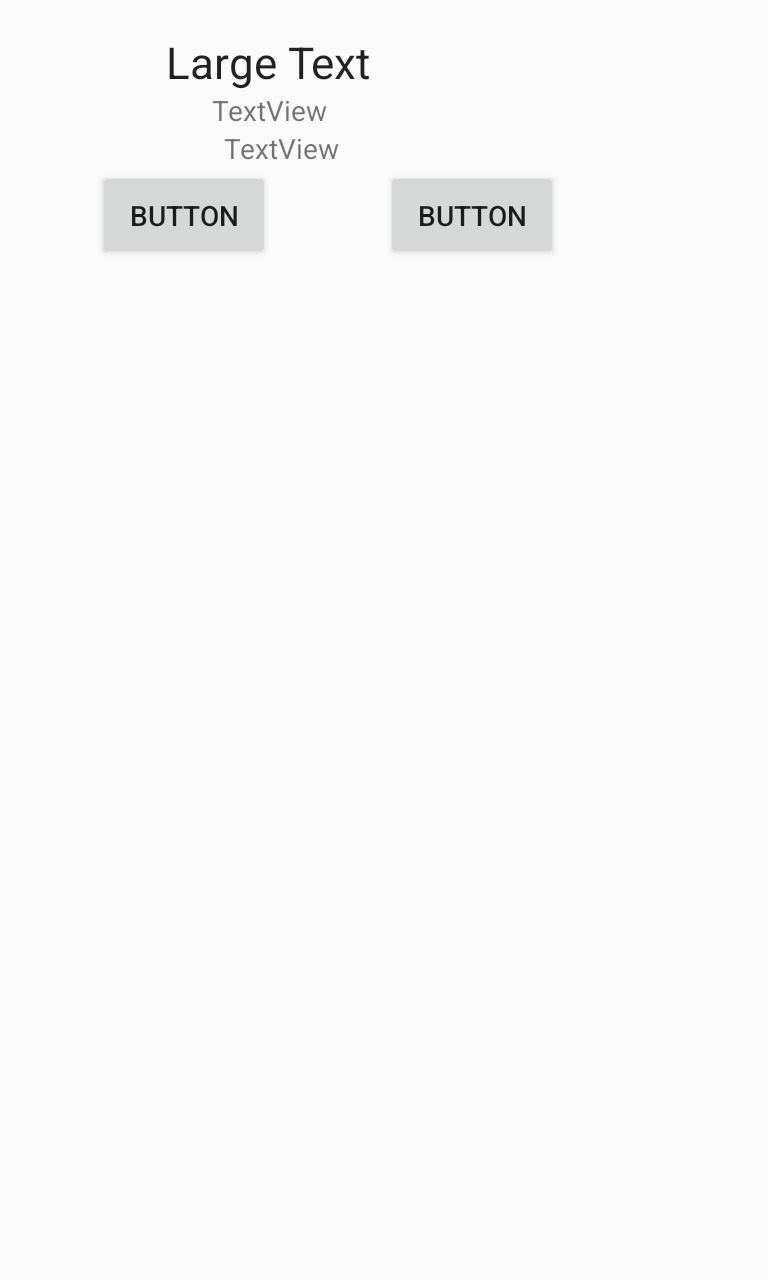
Repository: shivamgeek/Android-Code-Examples
Layout: Register/res/layout/activity_log.xml
An editor plug-in stored every save of this project. The layout is shown before and after the next save, followed by the edit.
It is drawn on a 768 x 1280 px phone screen (xhdpi) without system bars, with theme AppTheme; the app's code is not run.

Above is the layout before, as saved 2015-07-30 14:53:54.

### Register/res/layout/activity_log.xml
<LinearLayout xmlns:android="http://schemas.android.com/apk/res/android"
    xmlns:tools="http://schemas.android.com/tools"
    android:layout_width="match_parent"
    android:layout_height="match_parent"
    android:paddingBottom="@dimen/activity_vertical_margin"
    android:paddingLeft="@dimen/activity_horizontal_margin"
    android:paddingRight="@dimen/activity_horizontal_margin"
    android:paddingTop="@dimen/activity_vertical_margin"
    tools:context="com.example.register.Log"
    android:orientation="vertical">

    <RelativeLayout
        android:layout_width="match_parent"
        android:layout_height="wrap_content" >

        <TextView
            android:id="@+id/textView1"
            android:layout_width="wrap_content"
            android:layout_height="wrap_content"
            android:layout_alignParentLeft="true"
            android:layout_alignParentTop="true"
            android:layout_marginLeft="67dp"
            android:text="Large Text"
            android:textAppearance="?android:attr/textAppearanceLarge" />

    </RelativeLayout>

    <RelativeLayout
        android:layout_width="match_parent"
        android:layout_height="wrap_content" >

        <TextView
            android:id="@+id/textView2"
            android:layout_width="wrap_content"
            android:layout_height="wrap_content"
            android:layout_alignParentLeft="true"
            android:layout_alignParentTop="true"
            android:layout_marginLeft="90dp"
            android:text="TextView" />

    </RelativeLayout>

    <RelativeLayout
        android:layout_width="match_parent"
        android:layout_height="wrap_content" >

        <TextView
            android:id="@+id/textView3"
            android:layout_width="wrap_content"
            android:layout_height="wrap_content"
            android:layout_alignParentLeft="true"
            android:layout_alignParentTop="true"
            android:layout_marginLeft="96dp"
            android:text="TextView" />

    </RelativeLayout>

    <RelativeLayout
        android:layout_width="match_parent"
        android:layout_height="wrap_content" >

        <Button
            android:id="@+id/button1"
            android:layout_width="wrap_content"
            android:layout_height="wrap_content"
            android:layout_alignParentLeft="true"
            android:layout_alignParentTop="true"
            android:layout_marginLeft="32dp"
            android:text="Button" />

        <Button
            android:id="@+id/button2"
            android:layout_width="wrap_content"
            android:layout_height="wrap_content"
            android:layout_alignParentTop="true"
            android:layout_marginLeft="56dp"
            android:layout_toRightOf="@+id/button1"
            android:text="Button" />

    </RelativeLayout>

</LinearLayout>

Loaded but not shown: Register/res/values/styles.xml (common file); Register/res/values-v11/styles.xml (common file); Register/res/values-v14/styles.xml (common file); Register/res/values/dimens.xml (common file); Register/res/values-w820dp/dimens.xml (common file)

After the next save:
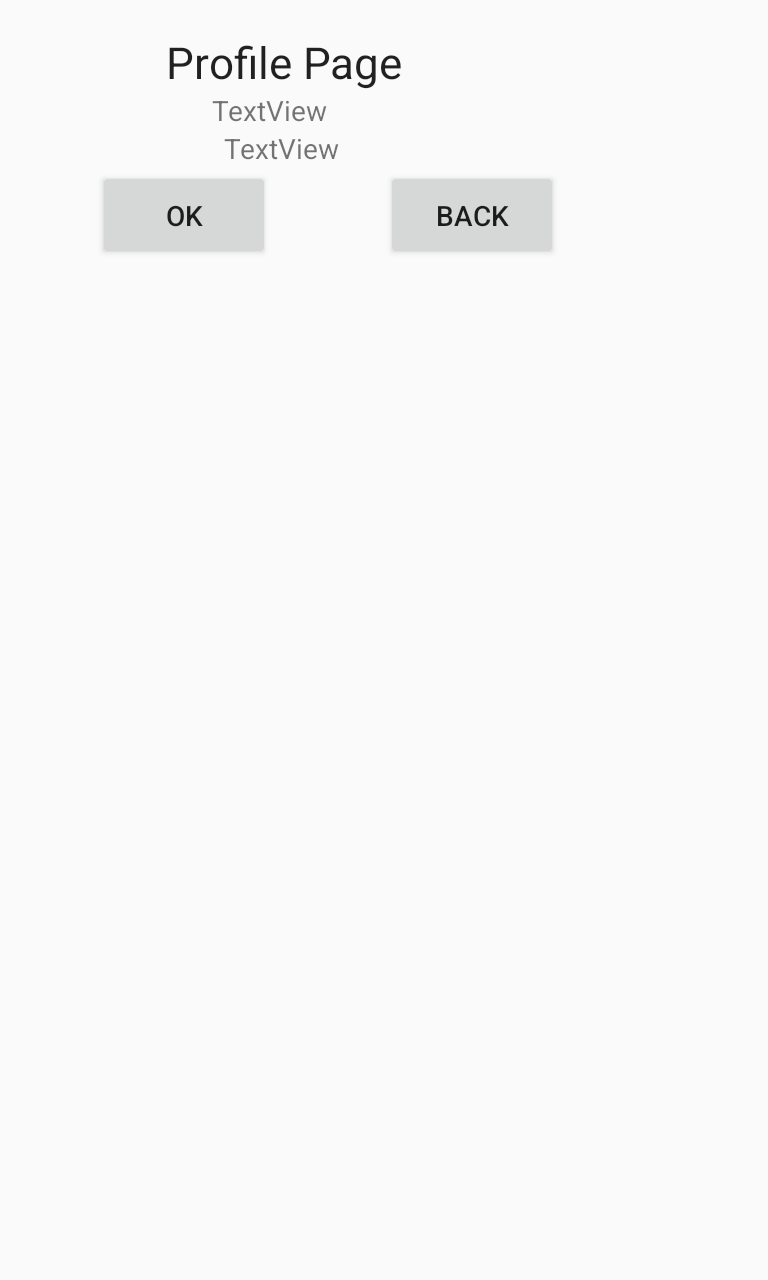
Saved 3 min 15 s later.
--- a/Register/res/layout/activity_log.xml
+++ b/Register/res/layout/activity_log.xml
@@ -20,7 +20,7 @@
             android:layout_alignParentLeft="true"
             android:layout_alignParentTop="true"
             android:layout_marginLeft="67dp"
-            android:text="Large Text"
+            android:text="Profile Page"
             android:textAppearance="?android:attr/textAppearanceLarge" />
 
     </RelativeLayout>
@@ -66,7 +66,8 @@
             android:layout_alignParentLeft="true"
             android:layout_alignParentTop="true"
             android:layout_marginLeft="32dp"
-            android:text="Button" />
+            android:text="Ok"
+            android:onClick="home"/>
 
         <Button
             android:id="@+id/button2"
@@ -75,7 +76,8 @@
             android:layout_alignParentTop="true"
             android:layout_marginLeft="56dp"
             android:layout_toRightOf="@+id/button1"
-            android:text="Button" />
+            android:text="Back"
+            android:onClick="back" />
 
     </RelativeLayout>
 
